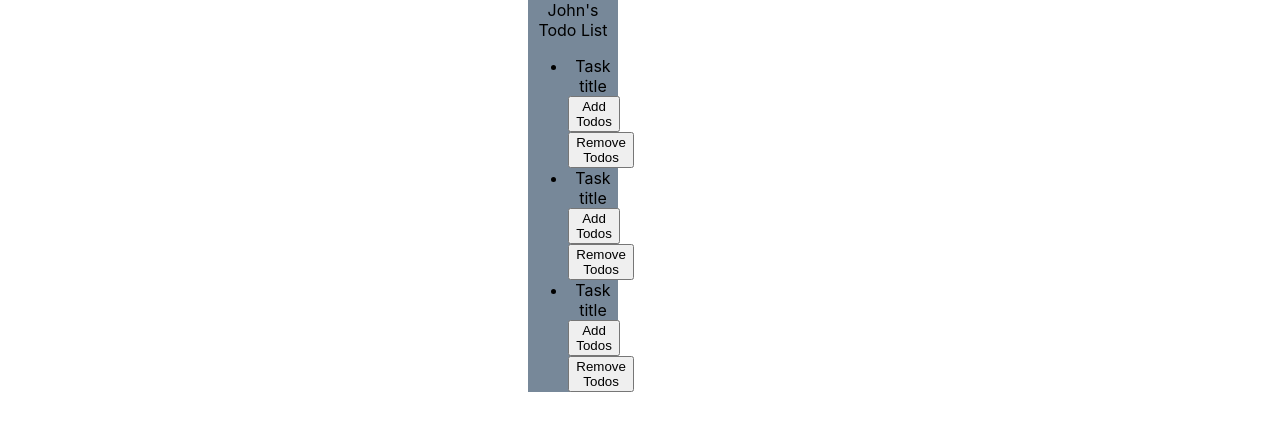
Repository: JohnKang0720/Simple-Todo-List
Page: /
An editor plug-in stored every save of this project. The page is shown before and after the next save, followed by the edit.
The browser window is 1280 px wide. The pictures show the whole page.
The project was rebuilt for these pictures with package versions that can differ from the ones it lists, and the page was loaded fresh each time.

Above is the page before, as saved 2021-05-24 20:59:00.

After the next save:
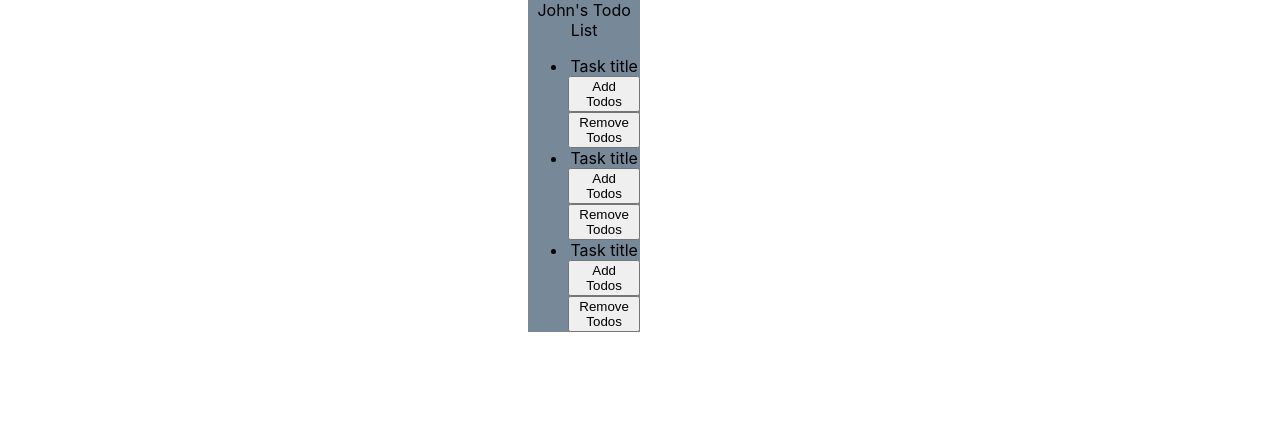
Saved 14 s later.
--- a/src/App.css
+++ b/src/App.css
@@ -36,8 +36,8 @@ body{
 }
 .App{
   background: lightslategray;
-  width: 40%;
-  height: 40%;
+  width: 50%;
+  height: 50%;
   position: relative;
 
 
